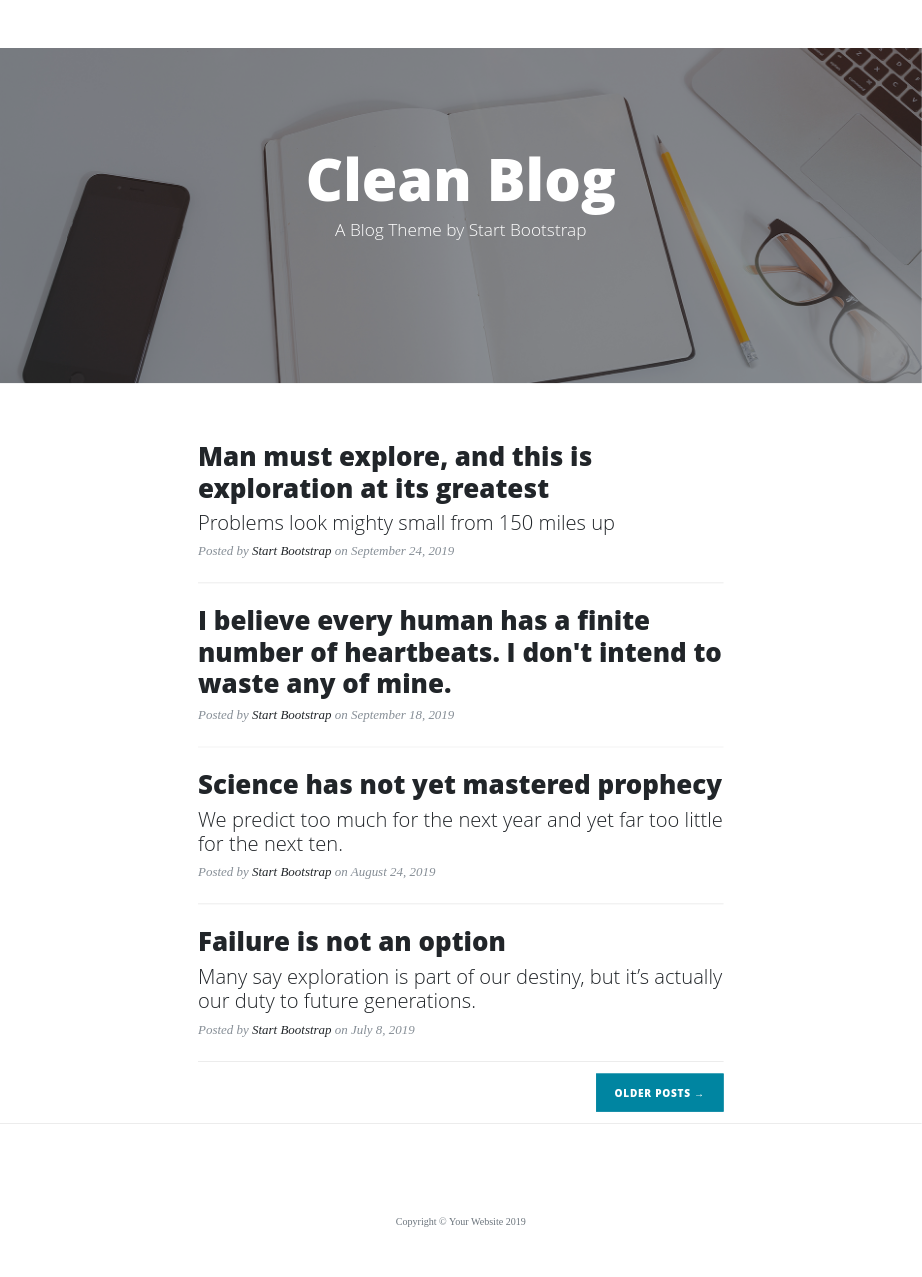
Repository: ivarsaris/Flask
Page: templates/base.html
The author's editor kept a record of every edit. The page is drawn from the files as they stood at one moment, then again after the next edit.
The browser window is 1280 px wide. The pictures show the whole page, at 72% of full size.
The template is drawn by Flask 3. The application's start-up code is not run. The template is opened directly, without the code that normally fills it, so the values that code supplies are empty.

Above is the page before.

After the next edit:
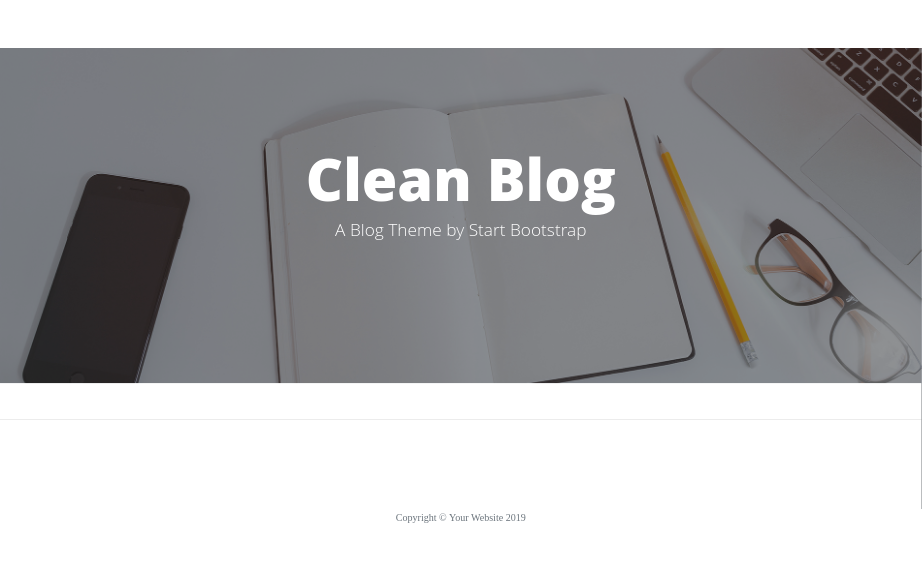
The edit:
--- a/templates/base.html
+++ b/templates/base.html
@@ -55,67 +55,10 @@
 
   <!-- Main Content -->
   <div class="container">
-    <div class="row">
-      <div class="col-lg-8 col-md-10 mx-auto">
-        <div class="post-preview">
-          <a href="post.html">
-            <h2 class="post-title">
-              Man must explore, and this is exploration at its greatest
-            </h2>
-            <h3 class="post-subtitle">
-              Problems look mighty small from 150 miles up
-            </h3>
-          </a>
-          <p class="post-meta">Posted by
-            <a href="#">Start Bootstrap</a>
-            on September 24, 2019</p>
-        </div>
-        <hr>
-        <div class="post-preview">
-          <a href="post.html">
-            <h2 class="post-title">
-              I believe every human has a finite number of heartbeats. I don't intend to waste any of mine.
-            </h2>
-          </a>
-          <p class="post-meta">Posted by
-            <a href="#">Start Bootstrap</a>
-            on September 18, 2019</p>
-        </div>
-        <hr>
-        <div class="post-preview">
-          <a href="post.html">
-            <h2 class="post-title">
-              Science has not yet mastered prophecy
-            </h2>
-            <h3 class="post-subtitle">
-              We predict too much for the next year and yet far too little for the next ten.
-            </h3>
-          </a>
-          <p class="post-meta">Posted by
-            <a href="#">Start Bootstrap</a>
-            on August 24, 2019</p>
-        </div>
-        <hr>
-        <div class="post-preview">
-          <a href="post.html">
-            <h2 class="post-title">
-              Failure is not an option
-            </h2>
-            <h3 class="post-subtitle">
-              Many say exploration is part of our destiny, but it’s actually our duty to future generations.
-            </h3>
-          </a>
-          <p class="post-meta">Posted by
-            <a href="#">Start Bootstrap</a>
-            on July 8, 2019</p>
-        </div>
-        <hr>
-        <!-- Pager -->
-        <div class="clearfix">
-          <a class="btn btn-primary float-right" href="#">Older Posts &rarr;</a>
-        </div>
-      </div>
-    </div>
+
+    {% block content %}
+    {% endblock %}
+
   </div>
 
   <hr>
